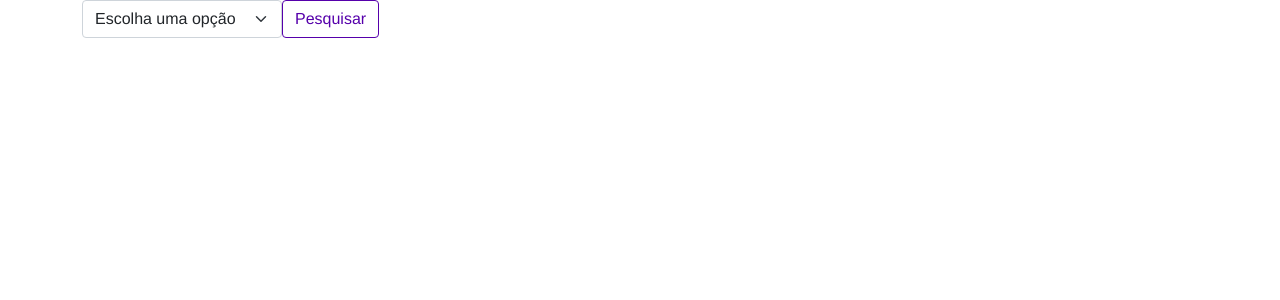
Repository: LuismGil/Countries-list
Page: /
The author's editor kept a copy of each file at every save. The page is drawn from the files as they stood at one save, then again after the next save.
The browser window is 1280 px wide. The pictures show the whole page.
The project was rebuilt for these pictures with package versions that can differ from the ones it lists, and the page was loaded fresh each time.

Above is the page before, as saved 2021-05-22 21:16:34.

### public/index.html
<!DOCTYPE html>
<html lang="">
  <head>
    <meta charset="utf-8">
    <meta http-equiv="X-UA-Compatible" content="IE=edge">
    <meta name="viewport" content="width=device-width,initial-scale=1.0">
    <link rel="icon" href="<%= BASE_URL %>favicon.ico">
    <link href="https://cdn.jsdelivr.net/npm/bootstrap@5.0.1/dist/css/bootstrap.min.css" rel="stylesheet" integrity="sha384-+0n0xVW2eSR5OomGNYDnhzAbDsOXxcvSN1TPprVMTNDbiYZCxYbOOl7+AMvyTG2x" crossorigin="anonymous">
    <title><%= htmlWebpackPlugin.options.title %></title>
  </head>
  <body>
    <noscript>
      <strong>We're sorry but <%= htmlWebpackPlugin.options.title %> doesn't work properly without JavaScript enabled. Please enable it to continue.</strong>
    </noscript>
    <div id="app"></div>
    <!-- built files will be auto injected -->
  </body>
</html>

### src/App.vue
<template>
  <div id="app">
    <!-- <mv-header /> -->
    <Home></Home>

  </div>
</template>

<script>
// import MvHeader from './components/MvHeader.vue';
import Home from './views/Home.vue';

export default {
  name: 'App',
  components: {
    // MvHeader,
    Home,
  },
};
</script>

<style>
#app {
  color: #2c3e50;
  font-family: Avenir, Helvetica, Arial, sans-serif;
  -webkit-font-smoothing: antialiased;
  -moz-osx-font-smoothing: grayscale;
  text-align: center;
}
</style>

### src/views/Home.vue
<template>
  <div>
    <mv-countries></mv-countries>

  </div>
</template>

<script>
import MvCountries from '../components/MvCountries.vue';

export default {
  components: { MvCountries },

};
</script>

<style>

</style>

### src/components/MvCountries.vue
<template>
  <div>
    <div class="container">
    <select class="form-select form-width" aria-label="Escolha uma opção">
      <option selected disabled>Escolha uma opção</option>
      <option value="1">Região</option>
      <option value="2">Capital</option>
      <option value="3">Língua</option>
      <option value="4">País</option>
      <option value="5">Código de ligação</option>
    </select>
    <mv-button class="btn-find">
        Pesquisar
    </mv-button>
    </div>

  </div>
</template>

<script>
import MvButton from './MvButton.vue';

export default {
  components: { MvButton },

};
</script>

<style>
.container {
  display: flex;
  flex-direction: row;
}

.form-width {
  width: 200px;
}

.btn-find {
  /* color: #FFF !important; */
  /* background-color: #5600AB; */
}

.btn-find:hover {
   color: #fff;
  background-color: #c599f2;
}

</style>

### src/components/MvButton.vue
<template>
  <div>
    <button type="button" class="btn btn-outline btn-color">
      <slot></slot>
      </button>
  </div>
</template>

<script>
// import MvArrowIcon from './MvArrowIcon.vue';

export default {
  // components: { MvArrowIcon },

};
</script>

<style>
.btn-color {
  border-color: #5600AB;
  color: #5600AB;
}

.btn-color:hover {
  color: #fff;
  background-color: #c599f2;
}

</style>

Loaded but not shown: src/main.js (common file)

After the next save:
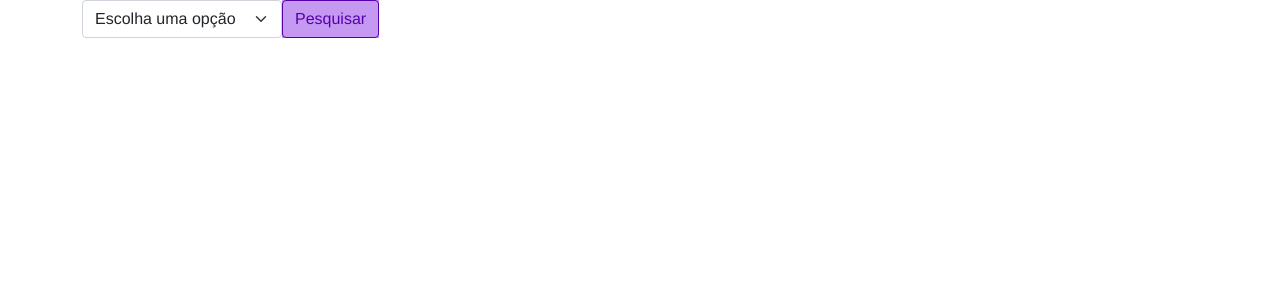
Saved 13 s later.
--- a/src/components/MvCountries.vue
+++ b/src/components/MvCountries.vue
@@ -37,8 +37,8 @@ export default {
 }
 
 .btn-find {
-  /* color: #FFF !important; */
-  /* background-color: #5600AB; */
+   color: #fff;
+  background-color: #c599f2;
 }
 
 .btn-find:hover {
